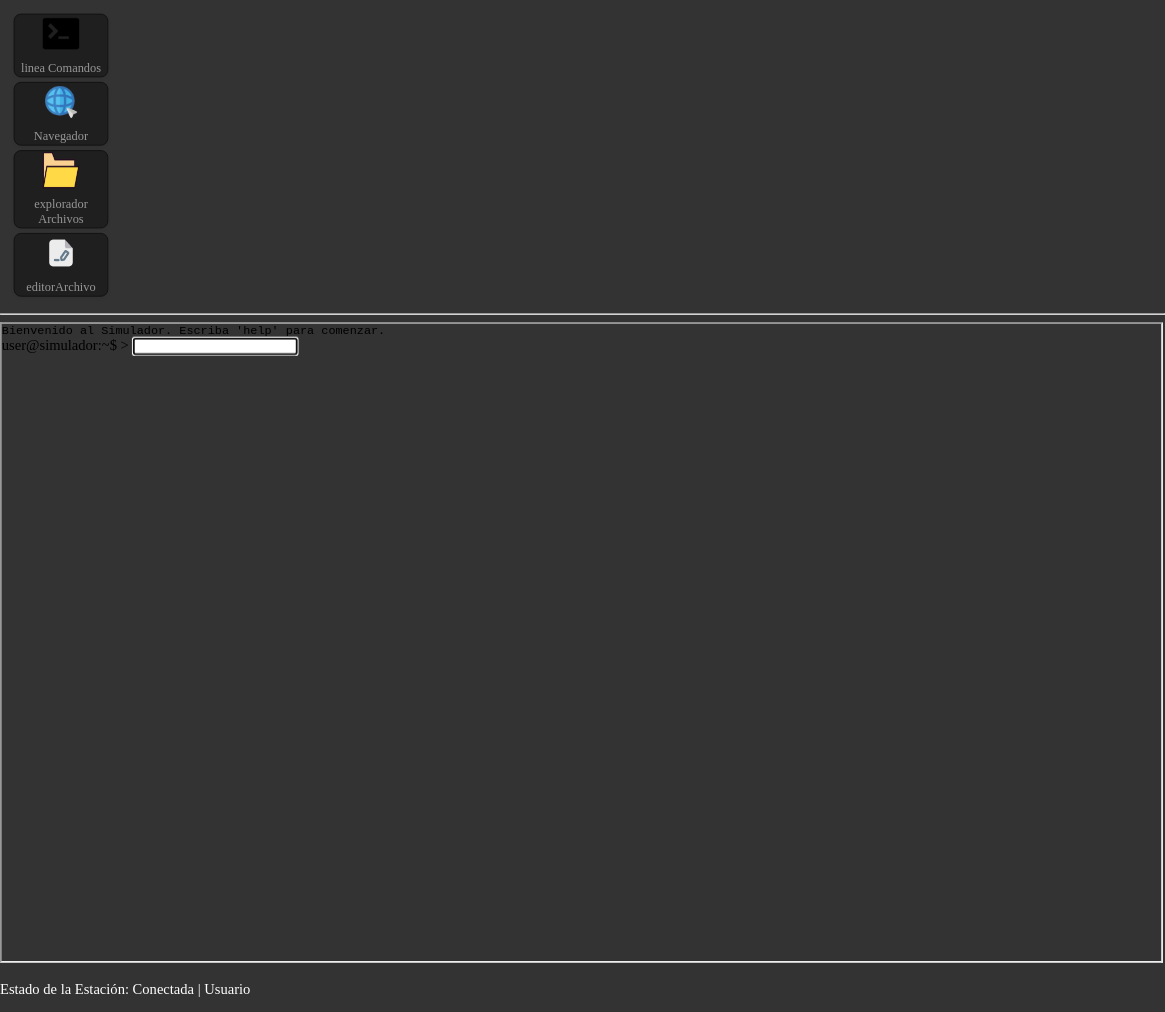
Repository: ValdezGalia/ProgramacionWebUcab
Page: lan-01.html
An editor plug-in stored every save of this project. The page is shown before and after a run of saves, followed by the edit.
The browser window is 1280 px wide. The pictures show the whole page, at 91% of full size.

Above is the page before, as saved 2025-11-13 16:44:31.

After the next 2 saves:
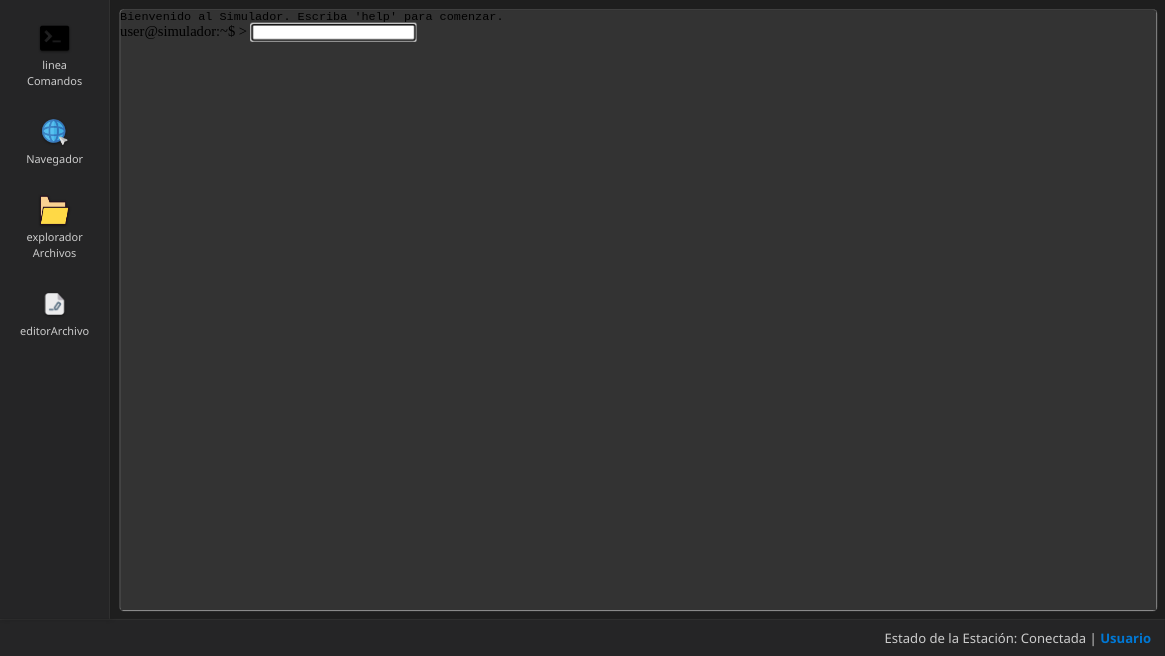
The 2 saves are shown as one change because they came seconds apart.
The last was saved 101 s later.
--- a/style/lan-01.css
+++ b/style/lan-01.css
@@ -1,4 +1,4 @@
-html, body{
+/* html, body{
     padding: 0px;
     margin: 0px;
     background-color: #333;
@@ -51,4 +51,143 @@ nav ul li a:hover {
     border-color: #a0a0a0;
     box-shadow: 0 4px 8px rgba(0, 0, 0, 0.1);
     transform: scale(1.02);
+} */
+
+/* Colores de la interfaz: Estilo Oscuro */
+:root {
+    --bg-primary: #1e1e1e; /* Fondo principal (Oscuro) */
+    --bg-secondary: #252526; /* Fondo de contenedores/paneles */
+    --color-text: #cccccc; /* Texto principal */
+    --color-accent: #0078d4; /* Azul de acento (como Windows) */
+    --border-color: #333333; /* Color de borde y separadores */
 }
+
+/* Base Global */
+html, body {
+    height: 100%;
+    margin: 0;
+    padding: 0;
+    font-family: 'Segoe UI', Tahoma, Geneva, Verdana, sans-serif; /* Fuente tipo Windows */
+    background-color: var(--bg-primary);
+    color: var(--color-text);
+}
+
+/* Contenedor Principal (Simula el Escritorio) */
+#workstation-container {
+    display: flex;
+    flex-direction: row; /* Navegación a la izquierda, área de trabajo a la derecha */
+    height: calc(100vh - 40px); /* 100% del alto menos el footer */
+}
+
+/* 1. Navegación (Barra de Aplicaciones Lateral) */
+#app-navigation {
+    width: 120px; /* Ancho fijo para la barra de iconos */
+    background-color: var(--bg-secondary);
+    padding: 10px 0;
+    border-right: 1px solid var(--border-color);
+    box-shadow: 2px 0 5px rgba(0, 0, 0, 0.2);
+}
+
+#app-list {
+    display: flex;
+    flex-direction: column; /* Iconos apilados verticalmente */
+    list-style: none;
+    margin: 0;
+    padding: 0;
+}
+
+#app-list li {
+    margin: 5px 0;
+}
+
+/* Estilo del Ícono/Botón de Aplicación */
+#app-list a {
+    /* Tu configuración de flexbox para el ícono y texto */
+    display: flex;
+    flex-direction: column;
+    justify-content: center;
+    align-items: center;
+    text-decoration: none;
+
+    color: var(--color-text);
+    background-color: transparent; /* Fondo transparente por defecto */
+    padding: 10px 5px;
+    margin: 0 auto;
+    width: 90px;
+    border: 1px solid transparent; /* Borde transparente por defecto */
+    border-radius: 4px;
+    transition: background-color 0.2s, border-color 0.2s;
+}
+
+/* Estilos de la Imagen (Icono) */
+.app-icon {
+    width: 32px; /* Iconos más pequeños y limpios */
+    height: 32px;
+    margin-bottom: 5px;
+    filter: drop-shadow(0 1px 1px rgba(0, 0, 0, 0.5)); /* Sombra sutil en el icono */
+}
+
+/* Estilos del Texto (Etiqueta) */
+#app-list a span {
+    font-size: 0.75em; /* Etiqueta pequeña */
+    font-weight: 400;
+    text-align: center;
+    color: var(--color-text);
+}
+
+/* Interacción: Hover (Efecto de selección) */
+#app-list a:hover {
+    background-color: rgba(255, 255, 255, 0.1); /* Resaltado sutil */
+    border-color: rgba(255, 255, 255, 0.2);
+    cursor: pointer;
+}
+
+/* Estado Activo (La aplicación seleccionada) */
+#app-list a.active {
+    background-color: var(--color-accent); /* Resaltado con color de acento */
+    border-color: var(--color-accent);
+    color: white; /* Texto blanco para el activo */
+    /* Asegúrate de que el span también cambie de color si fuera necesario */
+}
+#app-list a.active span {
+    color: white;
+}
+
+/* 2. Área de Visualización (Pantalla de la Aplicación) */
+#application-display {
+    flex-grow: 1; /* Ocupa el espacio restante */
+    padding: 10px;
+    background-color: var(--bg-primary);
+    overflow: hidden; /* Maneja el contenido del iframe */
+}
+
+#tool-iframe {
+    /* Simula una ventana de aplicación */
+    width: 100%;
+    height: 100%;
+    border: 1px solid var(--border-color);
+    border-radius: 5px;
+    background-color: white; /* El iframe puede tener un fondo más claro para contrastar */
+}
+
+/* Línea de separación (ya no es necesaria con el border-right, pero la mantenemos oculta) */
+hr {
+    display: none;
+}
+
+/* 3. Footer (Barra de Tareas/Estado) */
+footer {
+    height: 40px;
+    display: flex;
+    justify-content: flex-end; /* Alinear información a la derecha */
+    align-items: center;
+    background-color: var(--bg-secondary);
+    border-top: 1px solid var(--border-color);
+    padding: 0 15px;
+    font-size: 0.9em;
+}
+
+.user {
+    font-weight: bold;
+    color: var(--color-accent); /* Resalta el nombre de usuario */
+}
